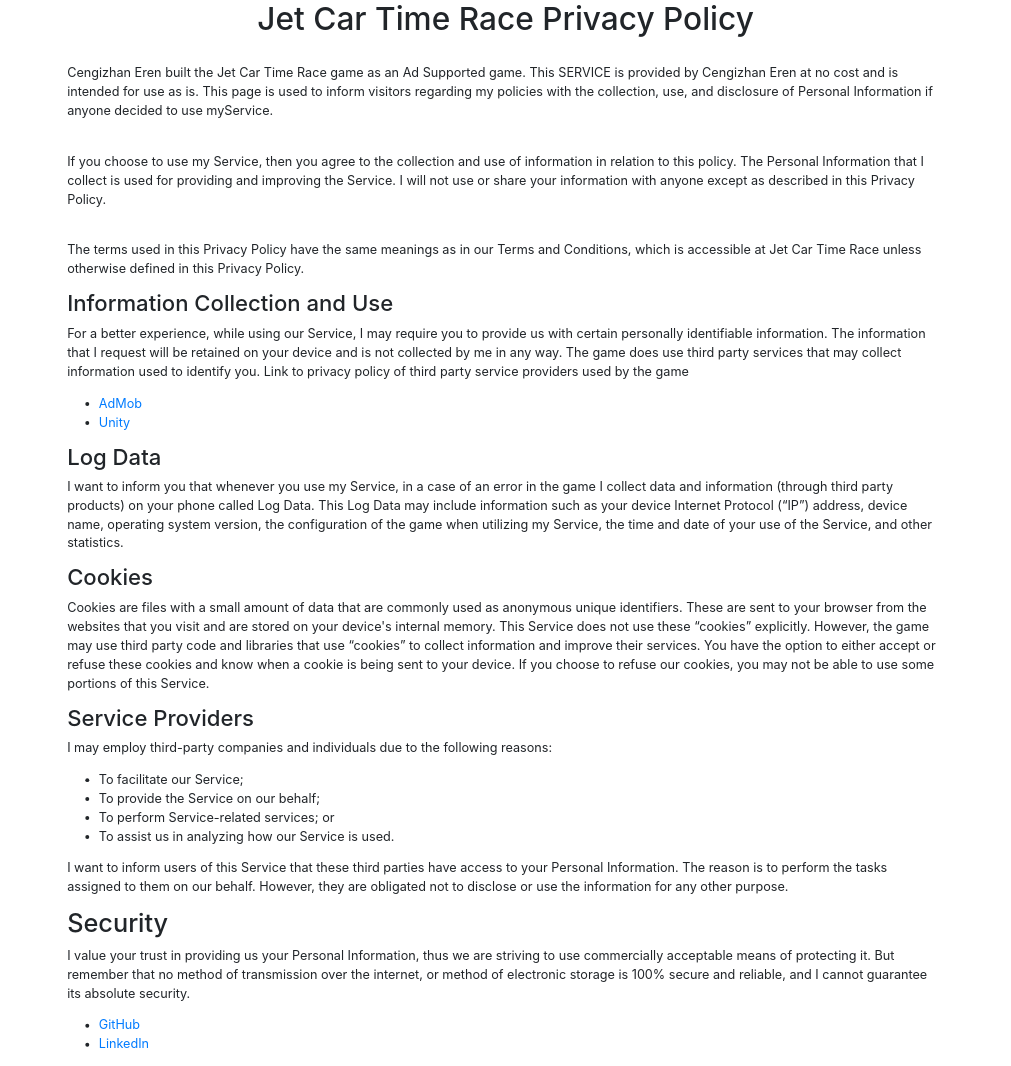
Repository: CengoCengo/cengocengo.github.io
Page: jetcartimeraceprivacypolicy.html
An editor plug-in stored every save of this project. The page is shown before and after the next save, followed by the edit.
The browser window is 1280 px wide. The pictures show the whole page, at 79% of full size.

Above is the page before, as saved 2022-10-11 14:47:11.

### jetcartimeraceprivacypolicy.html
<!DOCTYPE html>
<html lang="en">
<head>
    <meta charset="UTF-8">
    <meta http-equiv="X-UA-Compatible" content="IE=edge">
    <meta name="viewport" content="width=device-width, initial-scale=1, user-scalable=no">
    <link rel="stylesheet" href="https://cdn.jsdelivr.net/npm/bootstrap@4.3.1/dist/css/bootstrap.min.css" integrity="sha384-ggOyR0iXCbMQv3Xipma34MD+dH/1fQ784/j6cY/iJTQUOhcWr7x9JvoRxT2MZw1T" crossorigin="anonymous">

    <!-- <script>
        var firstClick = false
        document.onclick= function(event) {
            if(firstClick == false) {
                var audio = document.createElement("AUDIO")
                audio.setAttribute('id','audioId');
                document.body.appendChild(audio);
                audio.src = "startup.mp3"
                audio.play()
            }
            firstClick = true
        }
    </script> -->


    <title>Jet Car Time Race Privacy Policy</title>
</head>
<body>

    <body class="container">

			<div id="main">
				<!-- Header -->
					<header id="header">
						<h1 class ="text-center">  Jet Car Time Race Privacy Policy </h1>
                        <br>
        				<p>Cengizhan Eren built the Jet Car Time Race game as an Ad Supported game. This SERVICE is provided by Cengizhan Eren at no cost and is intended for use as is. This page is used to inform visitors regarding my policies with the collection, use, and disclosure of Personal Information if anyone decided to use myService.</p> <br>
                        <p>
                            If you choose to use my Service, then you agree to the collection and use of information in relation to this policy. The Personal Information that I
collect is used for providing and improving the Service. I will not use or share your information with anyone except as described in this Privacy Policy.
                        </p>    <br>

                        <p>
                            The terms used in this Privacy Policy have the same meanings as in our Terms and Conditions, which is accessible at Jet Car Time Race unless
otherwise defined in this Privacy Policy.
                        </p>

                        <h3 >
                            Information Collection and Use
                        </h3>

                        <p>
                            For a better experience, while using our Service, I may require you to provide us with certain personally identifiable information. The information that I
request will be retained on your device and is not collected by me in any way.
The game does use third party services that may collect information used to identify you.
Link to privacy policy of third party service providers used by the game
                        </p>

                        <ul>
                            <li><a href="https://support.google.com/admob/answer/6128543?hl=en" target="_blank" class="icon brands fa-github"><span>AdMob</span></a></li>
							<li><a href="https://unity.com/legal/privacy-policy" target="_blank" class="icon brands fa-linkedin"><span>Unity</span></a></li>
                        </ul>

                        <h3>Log Data</h3>
                        <p>
                            I want to inform you that whenever you use my Service, in a case of an error in the game I collect data and information (through third party products)
on your phone called Log Data. This Log Data may include information such as your device Internet Protocol (“IP”) address, device name, operating
system version, the configuration of the game when utilizing my Service, the time and date of your use of the Service, and other statistics.
                        </p>

                        <h3>Cookies</h3>
                        <p>
                            Cookies are files with a small amount of data that are commonly used as anonymous unique identifiers. These are sent to your browser from the
websites that you visit and are stored on your device's internal memory.
This Service does not use these “cookies” explicitly. However, the game may use third party code and libraries that use “cookies” to collect information
and improve their services. You have the option to either accept or refuse these cookies and know when a cookie is being sent to your device. If you
choose to refuse our cookies, you may not be able to use some portions of this Service.
                        </p>

                        <h3>Service Providers</h3>
                        <p>
                            I may employ third-party companies and individuals due to the following reasons:
                        </p>

                        <ul>
                            <li>To facilitate our Service;</li>
                            <li>To provide the Service on our behalf;</li>
                            <li>To perform Service-related services; or </li>
                            <li>To assist us in analyzing how our Service is used.

                         </ul>

                        <p>
                            I want to inform users of this Service that these third parties have access to your Personal Information. The reason is to perform the tasks assigned to
them on our behalf. However, they are obligated not to disclose or use the information for any other purpose.
                        </p>

                        <h2>
                            Security
                        </h2>
                        <p>
                            I value your trust in providing us your Personal Information, thus we are striving to use commercially acceptable means of protecting it. But remember
that no method of transmission over the internet, or method of electronic storage is 100% secure and reliable, and I cannot guarantee its absolute
security.
                        </p>



						<nav>
							<ul>
								<li><a href="https://github.com/cengocengo" target="_blank" class="icon brands fa-github"><span>GitHub</span></a></li>
								<li><a href="https://www.linkedin.com/in/cengizhan-eren" target="_blank" class="icon brands fa-linkedin"><span>LinkedIn</span></a></li>
							</ul>
						</nav>
					</header>
			</div>

        <script src="https://code.jquery.com/jquery-3.3.1.slim.min.js" integrity="sha384-q8i/X+965DzO0rT7abK41JStQIAqVgRVzpbzo5smXKp4YfRvH+8abtTE1Pi6jizo" crossorigin="anonymous"></script>
        <script src="https://cdn.jsdelivr.net/npm/popper.js@1.14.7/dist/umd/popper.min.js" integrity="sha384-UO2eT0CpHqdSJQ6hJty5KVphtPhzWj9WO1clHTMGa3JDZwrnQq4sF86dIHNDz0W1" crossorigin="anonymous"></script>
        <script src="https://cdn.jsdelivr.net/npm/bootstrap@4.3.1/dist/js/bootstrap.min.js" integrity="sha384-JjSmVgyd0p3pXB1rRibZUAYoIIy6OrQ6VrjIEaFf/nJGzIxFDsf4x0xIM+B07jRM" crossorigin="anonymous"></script>
</body>
</html>

After the next save:
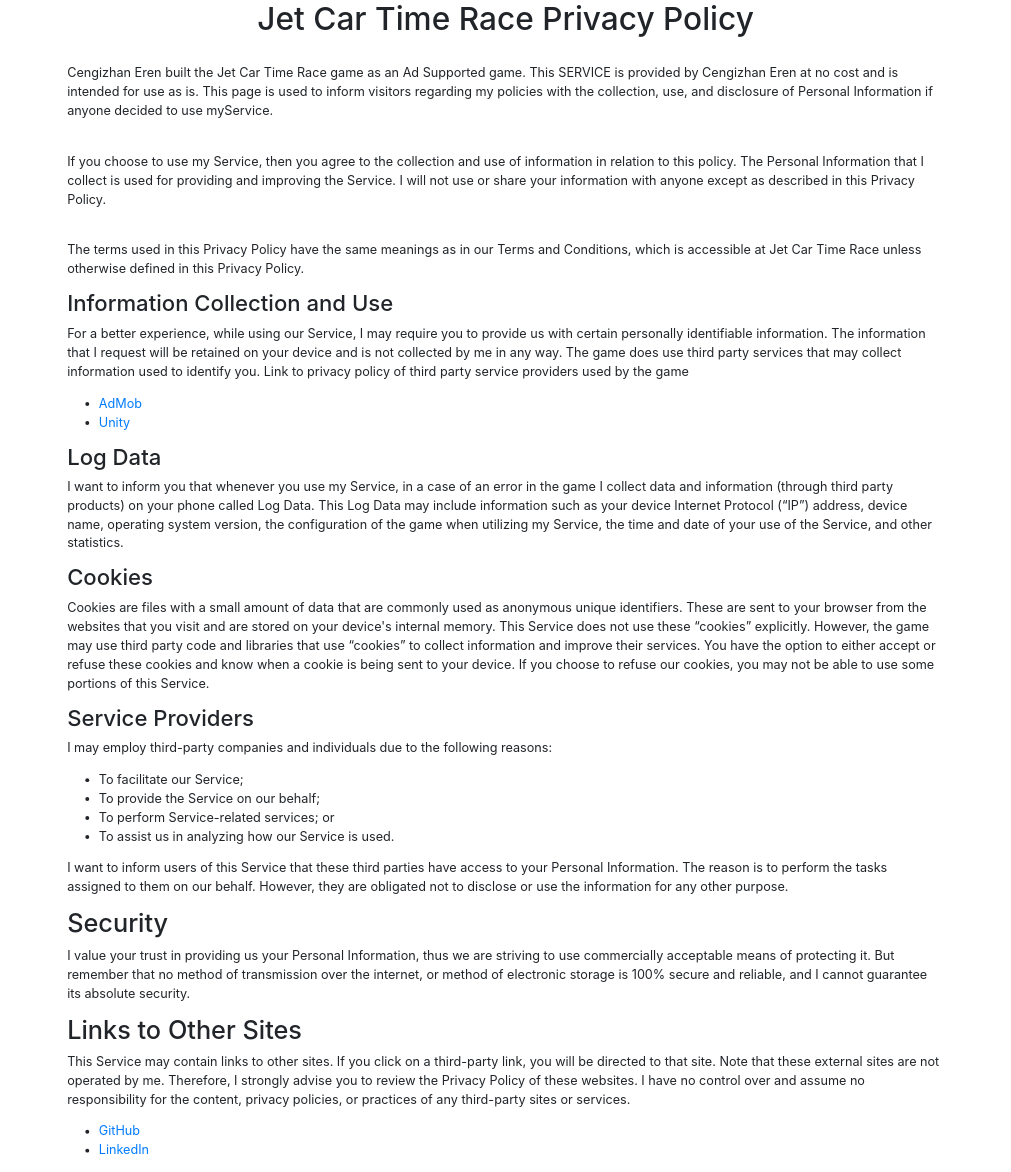
Saved 34 s later.
--- a/jetcartimeraceprivacypolicy.html
+++ b/jetcartimeraceprivacypolicy.html
@@ -102,6 +102,16 @@
 security.
                         </p>
 
+                        <h2>
+                            Links to Other Sites
+                        </h2>
+                        <p>
+                            This Service may contain links to other sites. If you click on a third-party link, you will be directed to that site. Note that these external sites are not
+operated by me. Therefore, I strongly advise you to review the Privacy Policy of these websites. I have no control over and assume no responsibility for
+the content, privacy policies, or practices of any third-party sites or services.
+                        </p>
+
+
 
 
 						<nav>
